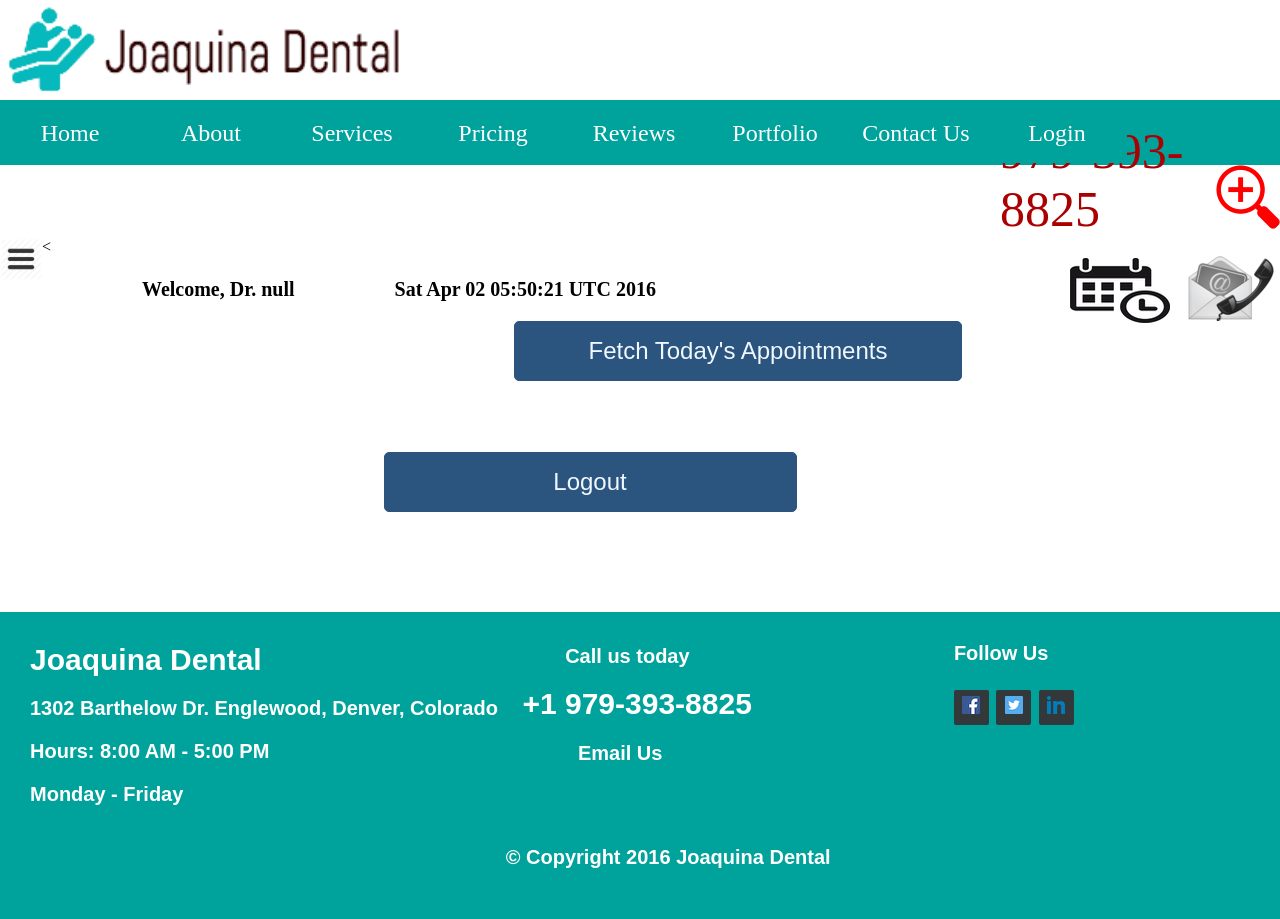
Repository: ManjushaBolishetty/test
Page: http://localhost/test/DentistHomePage.jsp
An editor plug-in stored every save of this project. The page is shown before and after the next save, followed by the edit.
The browser window is 1280 px wide. The pictures show the whole page.
The page is served by Tomcat 9. Other server files are loaded and not shown.

Above is the page before, as saved 2016-04-03 07:39:40.

### test/WebContent/DentistHomePage.jsp
<%@include file="header.jsp" %>
<%@ page import="java.io.*,java.util.*" %>
<%@ page import="javax.servlet.*,java.text.*" %>

<!DOCTYPE html PUBLIC "-//W3C//DTD HTML 4.01 Transitional//EN" "http://www.w3.org/TR/html4/loose.dtd">
<html>
<head>
    <meta http-equiv="Content-Type" content="text/html; charset=ISO-8859-1">
	<meta name="viewport" content="width=device-width, initial-scale=1">
<link href="CSS/ResponsiveForm.css" rel="stylesheet" type="text/css" />
    <<title>My Appointments</title>
</head>
<body>
<div class="Logindate">
<%
   Date date = new Date();
   out.print( "<h4 align=\"left\">" +"Welcome, Dr. " + session.getAttribute("Dentist_Name") + "</h4>");
   out.print( "<h4 align=\"left\">" +date.toString()+ "</h4>");
%>
</div>

<div class="appointment" align=center>
  <form action="HelloWorldServlet" method="post">
      <input type="submit" value="Fetch Today's Appointments" />
  </form>
</div>

<div class="Logoutbutton" align=left>
  <form action="Login" method="post">
      <input type="submit" value="Logout" />
  </form>
</div>
  <footer class="footer-distributed">
			<div class="footer-left">

				<h3>Joaquina Dental</h3>
				<p>1302 Barthelow Dr.
				Englewood, Denver, Colorado</p>
				<p >Hours: 8:00 AM - 5:00 PM</p>
				<p >Monday - Friday</p>
			</div>

			<div class="footer-center">

				<p class="callusToday">Call us today  </p><br/>
				<br/>
				<h3>+1 979-393-8825</h3><br/>
				<p class="emailUs">Email Us</p>
			</div>

			<div class="footer-right">

				<p>Follow Us</p>

				<div class="footer-icons">

					<a href="#"><i class="fa fa-facebook"></i></a>
					<a href="#"><i class="fa fa-twitter"></i></a>
					<a href="#"><i class="fa fa-linkedin"></i></a>

				</div>

			</div>
<p class="copyright" >&copy; Copyright 2016 Joaquina Dental</p>
		</footer>
</body>
</html>

### test/WebContent/header.jsp
<%@ page language="java" contentType="text/html; charset=UTF-8"
    pageEncoding="UTF-8"%>
<!DOCTYPE html>
<html>
<head>
<meta http-equiv="Content-Type" content="text/html; charset=UTF-8">
<meta name="viewport" content="width=device-width, initial-scale=1">
<link href="CSS/testeverything.css" rel="stylesheet" type="text/css" />
<style>

#zoom img {
    width: 5%;
    position: absolute;
    right: 0;
}
</style>
<title>Insert title here</title>
</head>

<body>
<div id="header">
	<img class="logoimage" src="Images/Drawing (4).png" alt="Joaquina Dental"></img>
	<span class="phonenumber">979-393-8825</span>
	<a href="#" class="scheduleanchor"><img class="Contact" src="Images/Contact_Us.png"></img></a>
	<a href="#" class="scheduleanchor"><img class="Calendar" src="Images/calendar.png"></img></a>
</div>

<div id="navmenu">
	<img class="iconimage" src="Images/collpased_menu.png"></img><label for="show-menu" class="show-menu iconlabel">Menu</label>
	<input type="checkbox" id="show-menu" role="button">

	<ul id="menu">
		  <li><a href="#">Home</a></li>
		  <li><a href="#">About</a></li>
		  <li>
		    	<a href="#">Services</a>
			    <ul class="dropdownContent">
			      <li><a href="#">Extraction</a></li>
			      <li><a href="#">Transplant</a></li>
			      <li><a href="#">Root Canal</a></li>
			      <li><a href="#">Cleaning</a></li>
			    </ul>
	  	   </li>
	  	   <li><a href="#">Pricing</a></li>
	  	   <li><a href="#">Reviews</a></li>
	  	   <li><a href="#">Portfolio</a></li>
	  	   <li><a href="#">Contact Us</a></li>
	  	   <li><a href="#">Login</a></li>
	</ul>
</div>
<div id="zoom" style="width:100%;height:0px">
	<a href="#" class=""><img class="zoom" src="Images/zoom.png"></img></a>
</div>
</body>
</html>

### test/WebContent/CSS/testeverything.css
body{
  border: 0;
  padding: 0;
  margin: 0;
  height: 100%;

}

#header{
	width:100%;
	height:100px;
  background-color:white;
}

#header h3{
	display:inline;
	width:auto;
	height:auto;
}
#header img{
	width:auto;
	float:left;
	padding-left:0px;
	height:100%;
}


.Contact{

	max-width:100%;
	height:auto;
	margin-left:10px;
	margin-top:18px;
}


.Calendar{

	max-width:100%;
	height:auto;
	margin-left:10px;
	margin-top:20px;
}

#header a{
	float:right;
	/*margin-right: 40px;*/
}
.logoSchedule{
	width:auto;
	float:left;
}

.logoContact{
	width:auto;
	float:right;
}

#navmenu{
	width:100%;
	height:65px;
	background:#00A29C;
}

ul {
	list-style-type:none;
	margin:0;
	padding:0;
	position: absolute;
}

/*Create a horizontal list with spacing*/
li {
	display:inline-block;
	float: left;
	margin-right: 1px;
}

/*Style for menu links*/
li a {
	display:block;
	min-width:140px;
	padding-top:20px;
	padding-bottom:16px;
	font-size:24px;
	text-align: center;
	font-family: 'Roboto Slab', serif;
	color: white;
	background: #00A29C;
	text-decoration: none;
}

.phonenumber{
    font-size: 50px;
    margin-left: 1000px;
    display: inline-block;
    margin-top: 22px;
    color: #ab0002;
    float:left;
}

/*Hover state for top level links*/
li:hover a {
	background: black;
}

/*Style for dropdown links*/
li:hover ul a {
	background: #e6ffff;
	color: blue;
}

/*Hover state for dropdown links*/
li:hover ul a:hover {
	background: #19c589;
	color: #fff;
}

/*Hide dropdown links until they are needed*/
li ul {
	display: none;
}

/*Make dropdown links vertical*/
li ul li {
	display: block;
	float: none;
}



/*Display the dropdown on hover*/
ul li a:hover + .dropdownContent, .dropdownContent:hover {
	display: block;
}

/*Responsive Styles*/

	.show-menu {
	font-family: "Helvetica Neue", Helvetica, Arial, sans-serif;
	text-decoration: none;
	color: #fff;
	background: #00A29C;
	text-align: center;
	padding: 10px 0;
	display: none;
}

.iconlabel{
	width:100%;
	height:auto;
	padding:1%;
}

.iconimage{
	float:left;
	height:42px;
}


.callusToday{
	padding-left:10%;
}
.emailUs{
	padding-left:13%;
}

/*Hide checkbox*/
input[type=checkbox]{
    display: none;
}

/*Show menu when invisible checkbox is checked*/
input[type=checkbox]:checked ~ #menu{
    display: block;
}

@media screen and (max-width : 832px){
	/*Make dropdown links appear inline*/
	ul {
		position: static;
		display: none;
	}

	/*Create vertical spacing*/
	li {
		margin-bottom: 1px;
	}
	/*Make all menu links full width*/
	ul li, li a {
		width: 100%;
	}
	.show-menu {
		display:block;
	}
	.imageHolder{
		display:none;
	}
	.iconlabel
	{
	padding-top:12px;
	float:left;
	width:auto;
	}
}



#Content{
	width:100%;
	height:600px;
	background:white;
}

.imageHolder{
	width:100%;
	height:400px;
	background-image: url("/BigHornDental/Images/appointment.jpg");
    background-repeat: no-repeat;
    background-size: contain;
    border: 1px solid black;
}


.login{
  width: 40%;
  font-family: lato;
  position: relative;
  color: white;
  border:1px solid blue;
  border-radius: 10px;
  background-color:blue;
  text-align:center;
}

.Logoutbutton{
	padding-right:100px;
}

.Logindate h4{
	float: left;
    font-size: 20px;
    display: block;
    line-height: 12px;
    text-align: left;
    padding-left:100px;
}


/*For Footer*/
footer{
padding-left:40px;
}

.footer-distributed{
	background-color: #00A29c;
	box-shadow: 0 1px 1px 0 rgba(0, 0, 0, 0.12);
	box-sizing: border-box;
	width: 100%;
	height:auto;
	text-align: left;
	font: bold 16px sans-serif;
	padding: 30px 30px;
	margin-top: 80px;
}

.footer-distributed .footer-left,
.footer-distributed .footer-center,
.footer-distributed .footer-right{
	display: inline-block;
	vertical-align: top;
}

/* Footer left */

.footer-distributed .footer-left{
	width: 40%;
}

 p{
	font-size:20px;
	color:white;
}

/* The company logo */

.footer-distributed h3{
	color:  white;
	margin: 0;
}


/* Footer links */

.footer-distributed .footer-links{
	color:  #ffffff;
	margin: 20px 0 12px;
	padding: 0;
}

.footer-distributed .footer-links a{
	display:inline-block;
	line-height: 1.8;
	text-decoration: none;
	color:  inherit;
}

.footer-distributed .footer-company-name{
	color:  #8f9296;
	font-size: 14px;
	font-weight: normal;
	margin: 0;
}

/* Footer Center */

.footer-center p{
	padding-top:3px;
}

.footer-right p{
	margin-top:0px;
}

.footer-distributed .footer-center{
	width: 35%;
}

.footer-distributed .footer-center i{
	background-color:  #33383b;
	color: #ffffff;
	font-size: 25px;
	width: 38px;
	height: 38px;
	border-radius: 50%;
	text-align: center;
	line-height: 42px;
	margin: 10px 15px;
	vertical-align: middle;
}

.footer-distributed .footer-center i.fa-envelope{
	font-size: 17px;
	line-height: 38px;
}

.footer-distributed .footer-center p{
	display: inline-block;
	color: #ffffff;
	vertical-align: middle;
	margin:0;
}

.footer-distributed .footer-center p span{
	display:block;
	font-weight: normal;
	font-size:14px;
	line-height:2;
}

.footer-distributed .footer-center p a{
	color:  white;
	text-decoration: none;;
}


/* Footer Right */

.footer-distributed .footer-right{
	width: 20%;
}

.footer-distributed .footer-company-about span{
	display: block;
	color:  black;
	font-size: 14px;
	font-weight: bold;
	margin-bottom: 20px;
}

.footer-distributed .footer-icons{
	margin-top: 25px;
}

.footer-distributed .footer-icons a{
	display: inline-block;
	width: 35px;
	height: 35px;
	cursor: pointer;
	background-color:  #33383b;
	border-radius: 2px;

	font-size: 20px;
	color: #ffffff;
	text-align: center;
	line-height: 35px;

	margin-right: 3px;
	margin-bottom: 5px;
}

.fa-twitter:before {
    content: url("../Images/twitter.png");
}
.fa-facebook:before {
    content: url("../Images/facebook.png");
}
.fa-linkedin:before {
    content: url("../Images/linkedin.png");
}

.fa-linkedin:before {
    content: url("../Images/linkedin.png");
}

.footer-left span{

}


.copyright{
	padding-left: 39%;
}

/* If you don't want the footer to be responsive, remove these media queries */

@media (max-width: 880px) {

	.footer-distributed{
		font: bold 14px sans-serif;
	}

	.footer-distributed .footer-left,
	.footer-distributed .footer-center,
	.footer-distributed .footer-right{
		display: block;
		width: 100%;
		margin-bottom: 40px;
		text-align: center;
	}

	.footer-distributed .footer-center i{
		margin-left: 0;
	}

}


/*Supports Iphone 5,6 and 6S-Plus*/

@media screen and (max-width : 440px){
	/*Make dropdown links appear inline*/
	#header img{
		width:80%;
	}

	.iconimage{
		height:100%;
		width:10%;
	}
	.iconlabel{
		font-size:30px;
	}
	.show-menu{
		font-size:30px;
	}

	#showOnMobile{
		display:block;
	}

	.Contact{
	width:80px;
	height:auto;
	margin-left:0px;
	margin-top:8px;
	}


.Calendar{

	width:80px;
	height:auto;
	margin-left:0px;
	margin-top:8px;
	}

.phonenumber{
	display:none;
	}

	.callusToday{
	padding-left:0%;
	}
	.emailUs{
		padding-left:0%;
	}

	.copyright{
		text-align:center;
		padding-left:0%;
		width:100%;
	}
}


@media screen and (max-width : 780px){
	.phonenumber{
		margin-left:70px;
	}
	.iconimage{
		height:65px;
	}
	.iconlabel{
		font-size:30px;
	}
	.callusToday{
		padding-left:0%;
		font-size:20px;
	}
	.emailUs{
		padding-left:0%;
	}
	.footer-left p{
		font-size:20px;
	}
	.footer-center p{
		font-size:20px;
	}
	.footer-right p{
		font-size:20px;
	}
	.copyright{
		text-align:center;
		padding-left:0%;
		width:100%;
	}

}

### test/WebContent/CSS/ResponsiveForm.css
* {
/* With these codes padding and border does not increase it's width and gives intuitive style.*/
box-sizing: border-box;
}

body {
	margin:0;
	padding:0;
	font-family: 'Roboto Slab', serif;
	width:100%;
}

#cover{
	width: 55%;
	margin: 30px 30% 10px 25%;
	padding:10px 0;
	border: 2px solid black;
	border-radius:10px;
}
form{
	width:70%;
	margin:4% 15%;
}
header {
    background-color: #00A29C;
    text-align: center;
    padding-top: 1px;
    padding-bottom: 8px;
    margin-top: -11px;
    margin-bottom: -8px;
    border-radius: 10px 10px 0 0;
    color: aliceblue;
    height: 100px;
    font-size: 24px;
}

h3{
	font-size: 30px;
	padding-top:1px;
}
#newuser{
	margin-right:10px;
}

label{
	font-size:24px;
}


/* Makes responsive fields. Sets size and field alignment.*/
input[type=text]{
	margin-bottom: 20px;
	margin-top: 10px;
	width:100%;
	padding: 15px;
	border-radius:5px;
	border:1px solid #7ac9b7;
	font-size:20px;
}
input[type=password]{
	margin-bottom: 20px;
	margin-top: 10px;
	width:100%;
	padding: 15px;
	border-radius:5px;
	border:1px solid #7ac9b7;
	font-size:20px;
}

input[type=radio]{
	margin-bottom: 20px;
	margin-top: 10px;
	padding: 15px;
	border-radius:5px;
	border:1px solid #7ac9b7;
	font-size:20px;
}

select{
	margin-bottom: 20px;
	margin-top: 10px;
	width:100%;
	height:25px;
	padding: 15px;
	border-radius:5px;
	border:1px solid #7ac9b7;
}

.datepicker{
	height:30px;
}

.result{
	color:blue;
}

input[type=submit]
{
	margin-bottom: 20px;
	width:50%;
	margin-left:25%;
	padding: 15px;
	border-radius:5px;
	border:1px solid #7ac9b7;
	background-color: #2b547e;
	border-color:#2b547e;
	color: aliceblue;
	font-size:24px;
	cursor:pointer;
}
#submit:hover
{
	background-color: blue;
}
textarea{
	width:100%;
	padding: 15px;
	margin-top: 10px;
	border:1px solid #7ac9b7;
	border-radius:5px;
	margin-bottom: 20px;
	resize:none;
}
input[type=text]:focus,textarea:focus {
	border-color: #4697e4;
}

@media screen and (max-width : 768px){
	h2{
		font-size:16px;
	}
	p{
		font-size:14px;
	}
	label{
		font-size:12px;
	}
	input[type=submit]{
		padding:5px;
	}
	input[type=text]{
		padding: 8px;
	}
	div#envelope{
		width: 80%;
		margin: 10px 30% 10px 11%;
	}
}

@media screen and (max-width : 415px){
	#cover{
	width: 95%;
	margin: 30px 30% 30px 2.5%;
	padding:10px 0;
	border: 2px solid black;
	border-radius:10px;
	}
	input[type=submit]{
		padding:4px;
		font-size:20px;
		white-space:normal;
	}
	input[type=text]{
		padding: 8px;
		font-size:20px;
	}

	input[type=password]{
		padding: 8px;
		font-size:20px;
	}
	label{
		font-size:22px;
	}
	h2{
		font-size:22px;
	}
	p{
		font-size:18px;
	}
	div#envelope{
		width: 80%;
		margin: 10px 30% 10px 11%;
	}

}

@media screen and (max-width : 768px){
	#cover{
	width: 90%;
	margin: 30px 30% 30px 5.5%;
	padding:10px 0;
	border: 2px solid black;
	border-radius:10px;
	}
	input[type=submit]{
		padding:4px;
		font-size:20px;
		white-space:normal;
	}
	input[type=text]{
		padding: 8px;
		font-size:20px;
	}

	input[type=password]{
		padding: 8px;
		font-size:20px;
	}
	label{
		font-size:22px;
	}
	h2{
		font-size:22px;
	}
	p{
		font-size:18px;
	}
	div#envelope{
		width: 80%;
		margin: 10px 30% 10px 11%;
	}

}

After the next save:
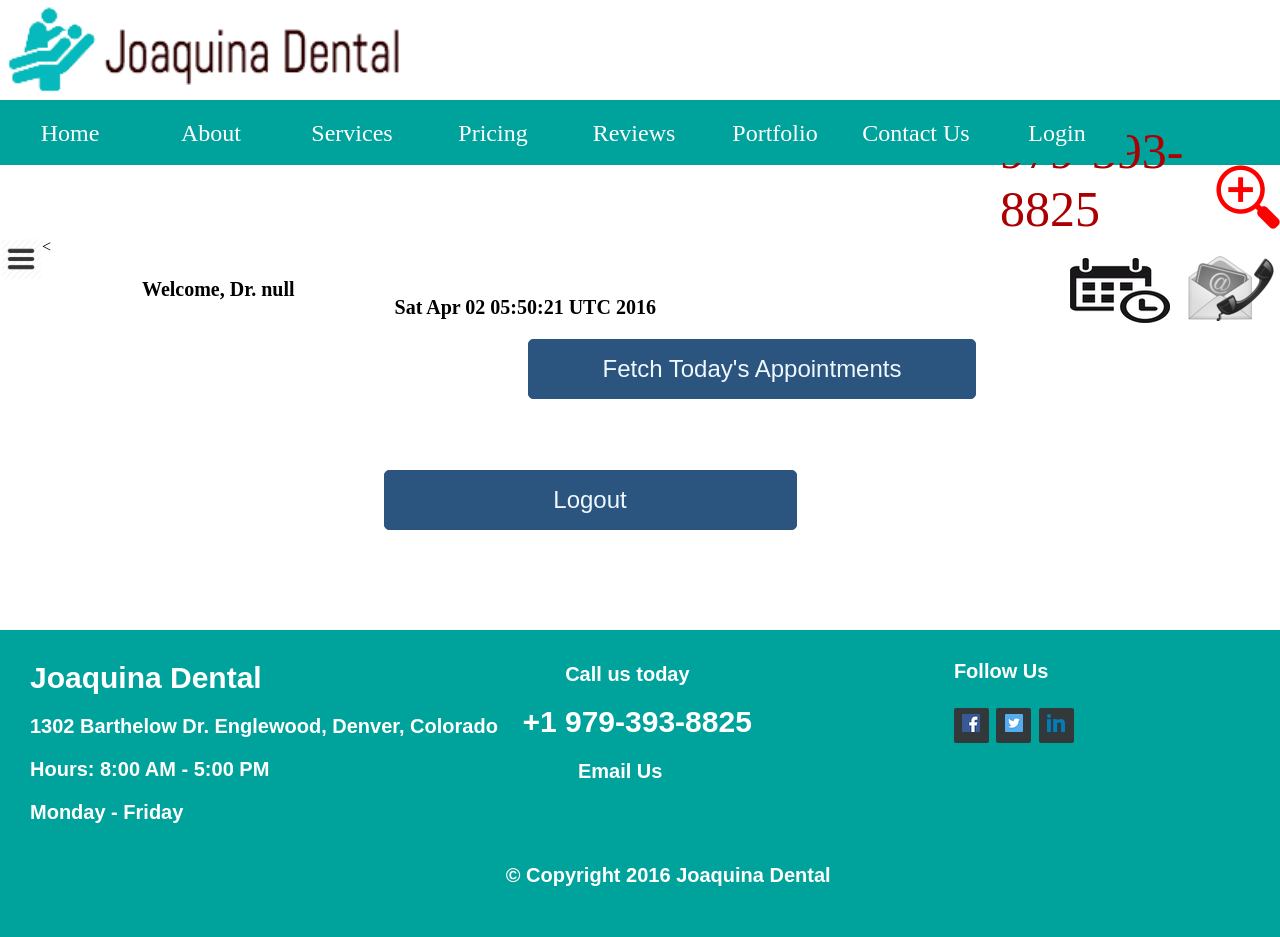
Saved 31 s later.
--- a/test/WebContent/DentistHomePage.jsp
+++ b/test/WebContent/DentistHomePage.jsp
@@ -14,7 +14,7 @@
 <div class="Logindate">
 <%
    Date date = new Date();
-   out.print( "<h4 align=\"left\">" +"Welcome, Dr. " + session.getAttribute("Dentist_Name") + "</h4>");
+   out.print( "<h4 align=\"left\">" +"Welcome, Dr. " + session.getAttribute("Dentist_Name") + "</h4></br>");
    out.print( "<h4 align=\"left\">" +date.toString()+ "</h4>");
 %>
 </div>

After the 3 saves that followed:
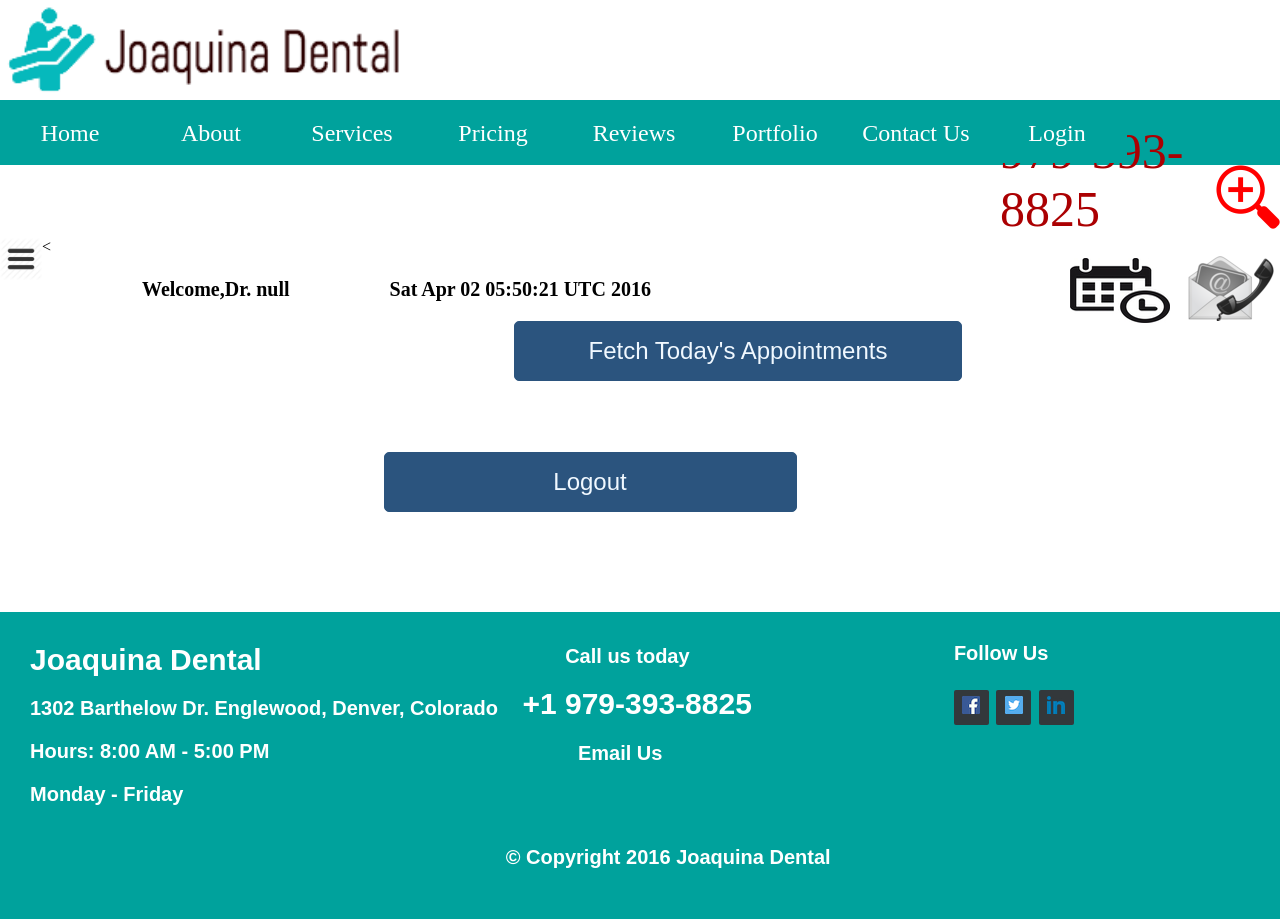
The 3 saves are shown as one change because 2 did not build or start.
The last was saved 4 min 26 s later.
--- a/test/WebContent/DentistHomePage.jsp
+++ b/test/WebContent/DentistHomePage.jsp
@@ -14,8 +14,8 @@
 <div class="Logindate">
 <%
    Date date = new Date();
-   out.print( "<h4 align=\"left\">" +"Welcome, Dr. " + session.getAttribute("Dentist_Name") + "</h4></br>");
-   out.print( "<h4 align=\"left\">" +date.toString()+ "</h4>");
+   out.print("<h4 align=\"left\">" +"Welcome,Dr. " + session.getAttribute("Dentist_Name") + "</h4>");
+   out.print("<h4 align=\"left\">" + date.toString() + "</h4>");
 %>
 </div>
 
